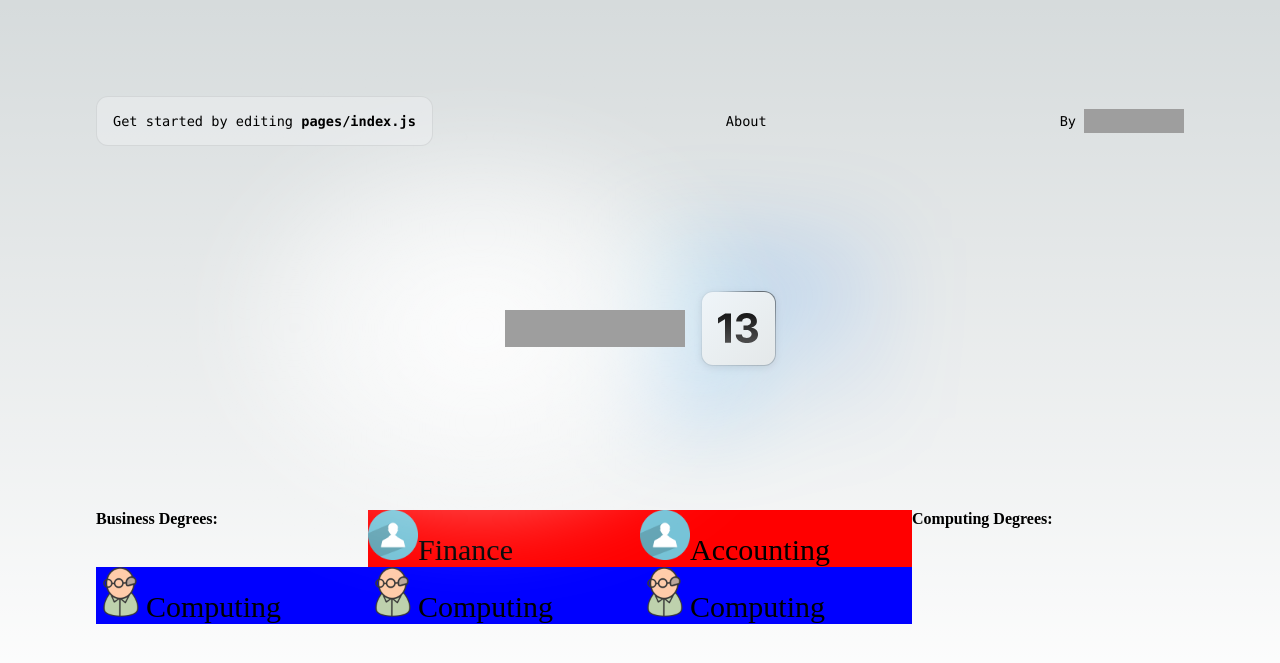
Repository: bguemos/week3example
Page: /
An editor plug-in stored every save of this project. The page is shown before and after the next save, followed by the edit.
The browser window is 1280 px wide. The pictures show the whole page.
Pictures or frames that could not be fetched are drawn as grey boxes. The project was rebuilt for these pictures with package versions that can differ from the ones it lists, and the page was loaded fresh each time. The framework's server and built-in components were replaced by stand-ins that run in the browser. Also part of the build but not shown: next.config.js.

Above is the page before, as saved 2023-01-18 11:57:18.

After the next save:
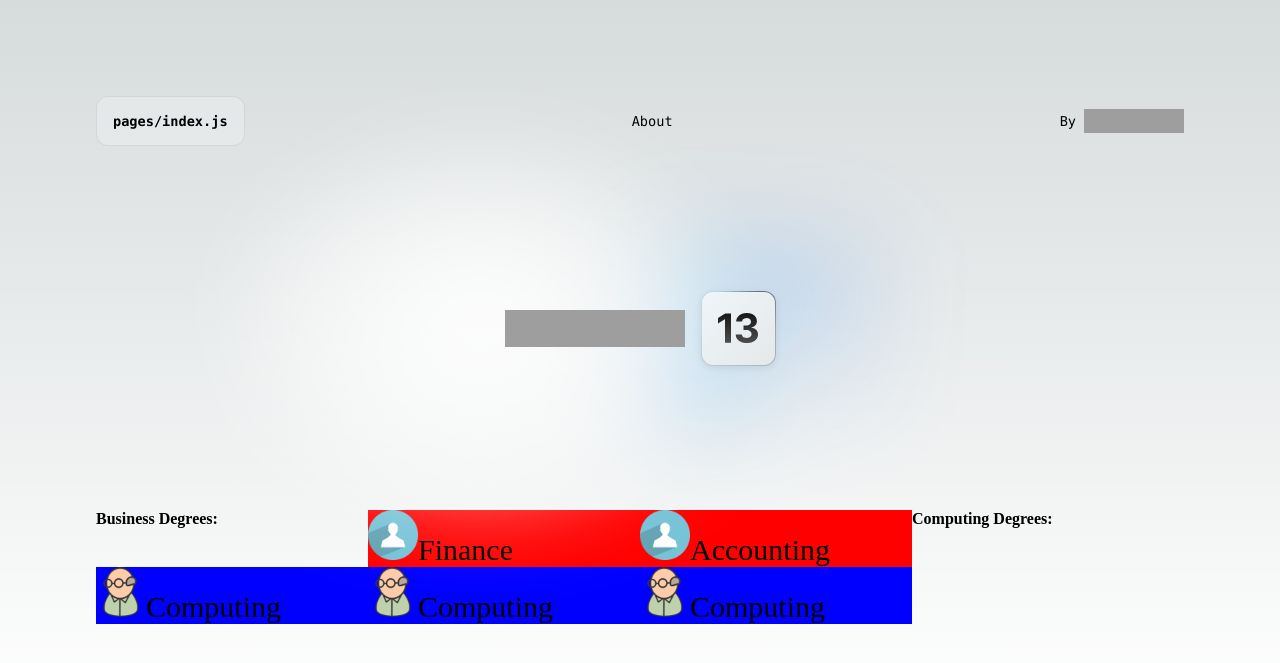
Saved 66 s later.
--- a/pages/index.js
+++ b/pages/index.js
@@ -23,7 +23,7 @@ export default function Home() {
       <main className={styles.main}>
         <div className={styles.description}>
           <p>
-            Get started by editing&nbsp;
+
             <code className={styles.code}>pages/index.js</code>
           </p>
           <Link href="About">About</Link>
